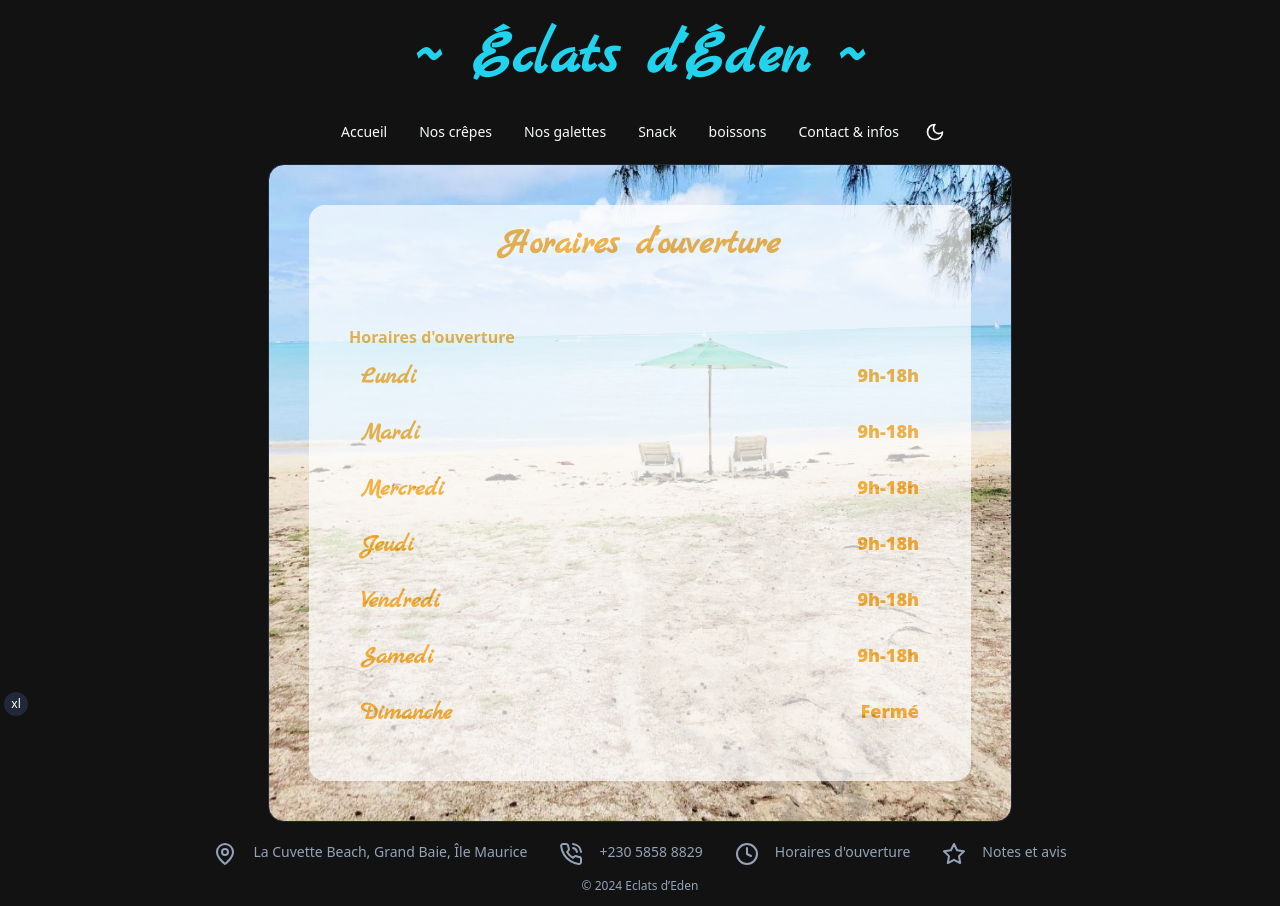
Repository: jeffMauritius/eclats-deden
Page: /schedule
These files come from the project's save history. The page is drawn as it stood at one moment and after the next save; the edit follows.
The browser window is 1280 px wide. The pictures show the whole page.
The project was rebuilt for these pictures with package versions that can differ from the ones it lists, and the page was loaded fresh each time. The framework's server and built-in components were replaced by stand-ins that run in the browser. Also part of the build but not shown: next.config.mjs.

Above is the page before, as saved 2024-08-14 12:00:39.

After the next save:
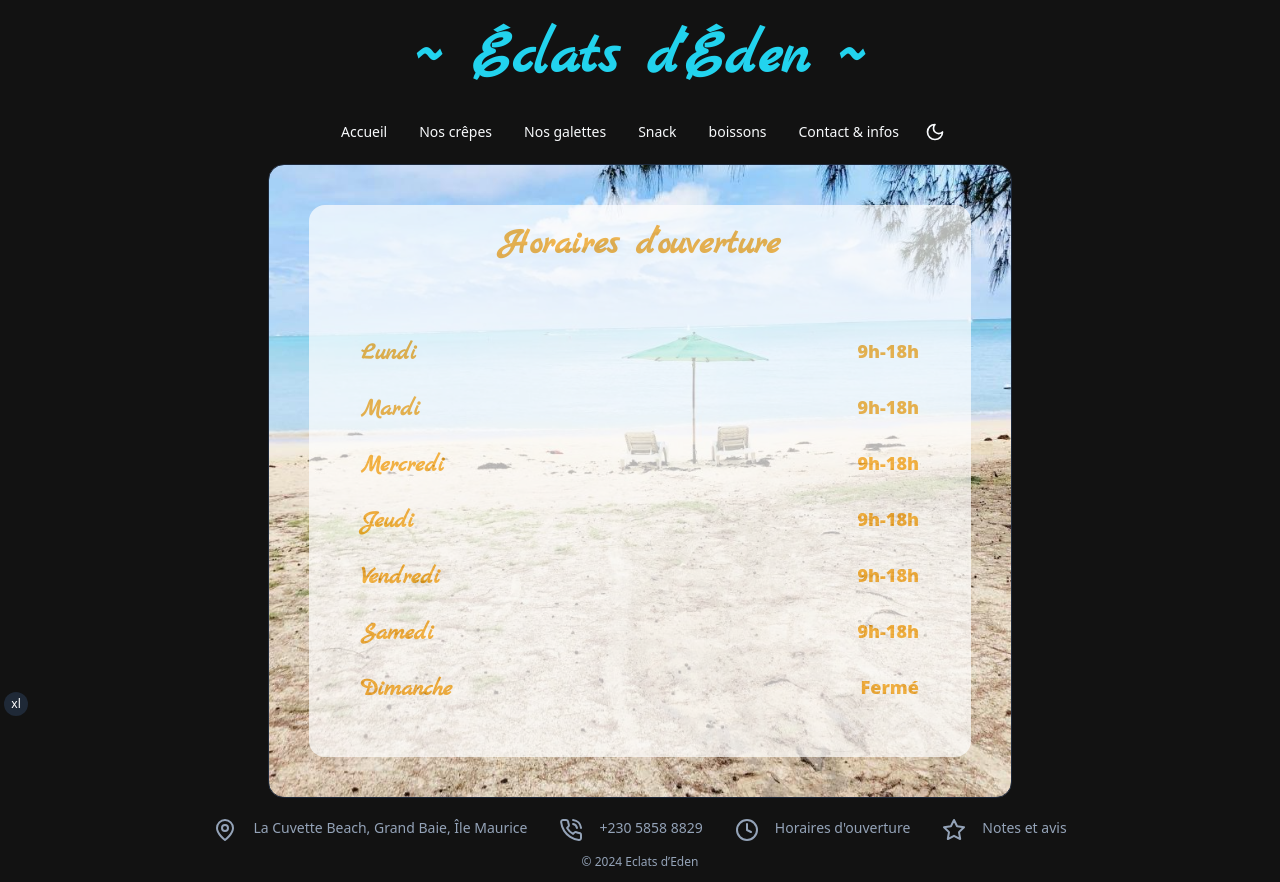
Saved 23 s later.
--- a/src/components/scheduleComponent.tsx
+++ b/src/components/scheduleComponent.tsx
@@ -2,7 +2,6 @@ const ScheduleComponent = () => {
   return (
     <div>
       <div className="rounded p-5  font-extrabold text-amber-500 md:p-10">
-        {"Horaires d'ouverture"}
         <div className="flex justify-between p-3  font-display text-2xl ">
           <div>Lundi</div>
           <div className="font-body text-lg">9h-18h</div>
